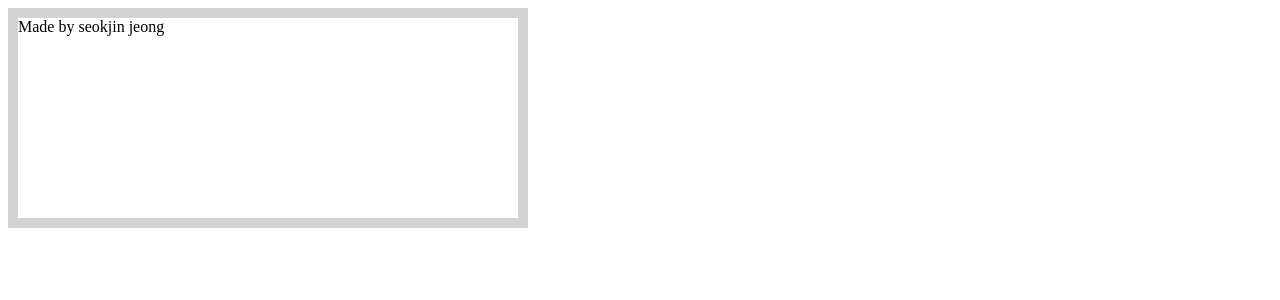
Repository: jsj961/bulletin-board-system
Page: http://localhost/BBS/madeby.jsp
These files come from the project's save history. The page is drawn as it stood at one moment and after the next save; the edit follows.
The browser window is 1280 px wide. The pictures show the whole page.
Some web fonts or font styles are not loaded; a fallback is used. The page is served by Tomcat 9. Other server files are loaded and not shown.

Above is the page before, as saved 2021-07-03 07:34:41.

### BBS/src/main/webapp/madeby.jsp
<%@ page language="java" contentType="text/html; charset=UTF-8"
    pageEncoding="UTF-8"%>
<!DOCTYPE html>
<html>
<head>
<meta charset="UTF-8">
<link rel="stylesheet" href="css/custom.css">
<title>JSP 게시판 웹 사이트</title>
<style type="text/css">
	a, a:hover {
		color: #000000;
		text-decoration: none;
	}
</style>
</head>
<body>
	<div class="box" style="width: 500px; height: 200px; border: 10px solid lightgray;">Made by seokjin jeong</div>
</body>
</html>

Loaded but not shown: BBS/src/main/webapp/css/custom.css (common file)

After the next save:
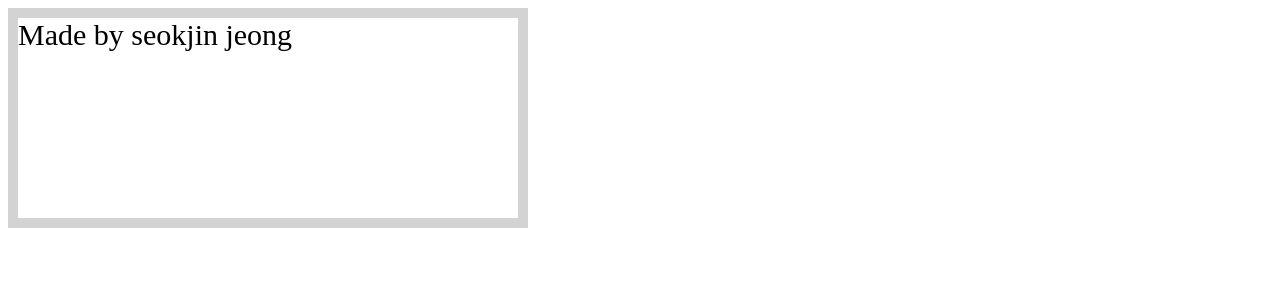
Saved 12 s later.
--- a/BBS/src/main/webapp/madeby.jsp
+++ b/BBS/src/main/webapp/madeby.jsp
@@ -14,6 +14,6 @@
 </style>
 </head>
 <body>
-	<div class="box" style="width: 500px; height: 200px; border: 10px solid lightgray;">Made by seokjin jeong</div>
+	<div class="box" style="width: 500px; height: 200px; border: 10px solid lightgray; font-size: 30px;">Made by seokjin jeong</div>
 </body>
 </html>

After the save that followed:
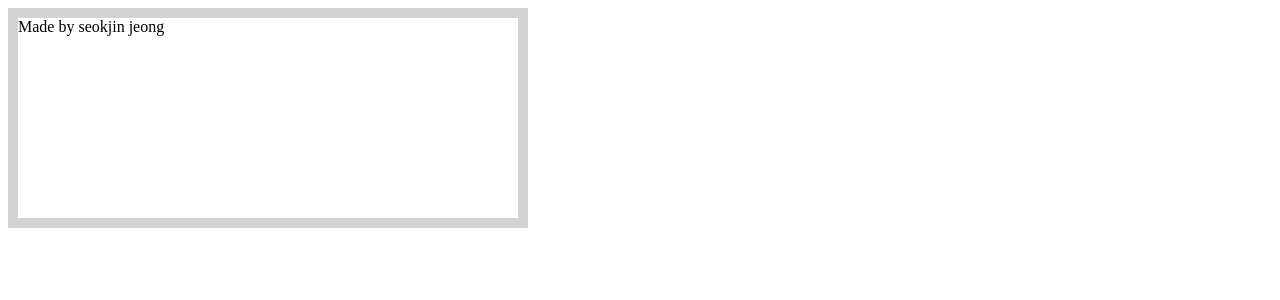
Saved 38 s later.
--- a/BBS/src/main/webapp/madeby.jsp
+++ b/BBS/src/main/webapp/madeby.jsp
@@ -14,6 +14,8 @@
 </style>
 </head>
 <body>
-	<div class="box" style="width: 500px; height: 200px; border: 10px solid lightgray; font-size: 30px;">Made by seokjin jeong</div>
+	<div class="box" style="width: 500px; height: 200px;
+	border: 10px solid lightgray; font-size: 30px
+	margin: auto;">Made by seokjin jeong</div>
 </body>
 </html>
